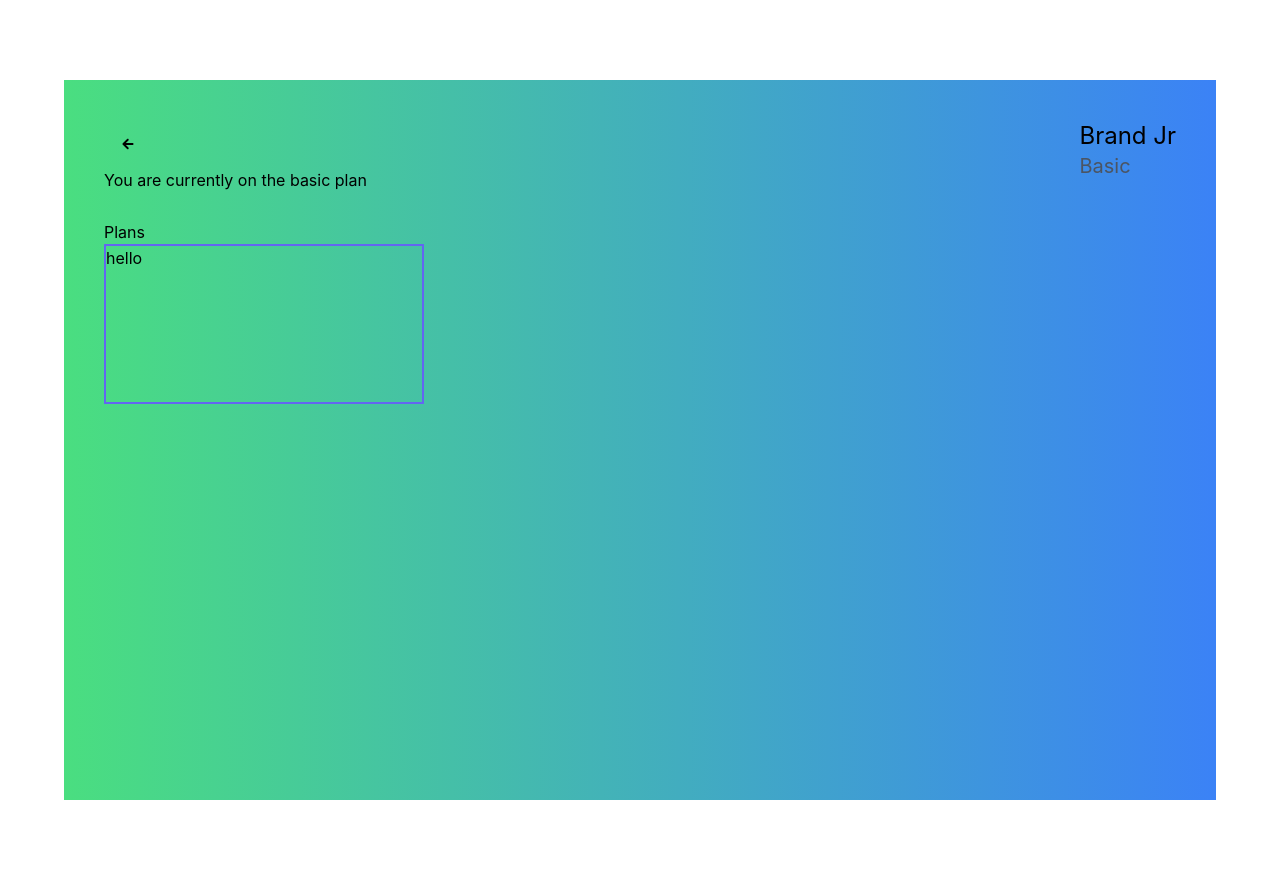
Repository: brandford7/music-player
Page: /subscription
The author's editor kept a copy of each file at every save. The page is drawn from the files as they stood at one save, then again after the next save.
The browser window is 1280 px wide. The pictures show the whole page.
The project was rebuilt for these pictures with package versions that can differ from the ones it lists, and the page was loaded fresh each time. The framework's server and built-in components were replaced by stand-ins that run in the browser. Also part of the build but not shown: next.config.js, components/Sidebar.jsx, components/MusicButton.jsx, components/MusicCard.jsx, components/SongList.jsx, components/PlaylistComponent.jsx, components/LibraryComponent.jsx.

Above is the page before, as saved 2022-11-19 21:34:43.

After the next save:
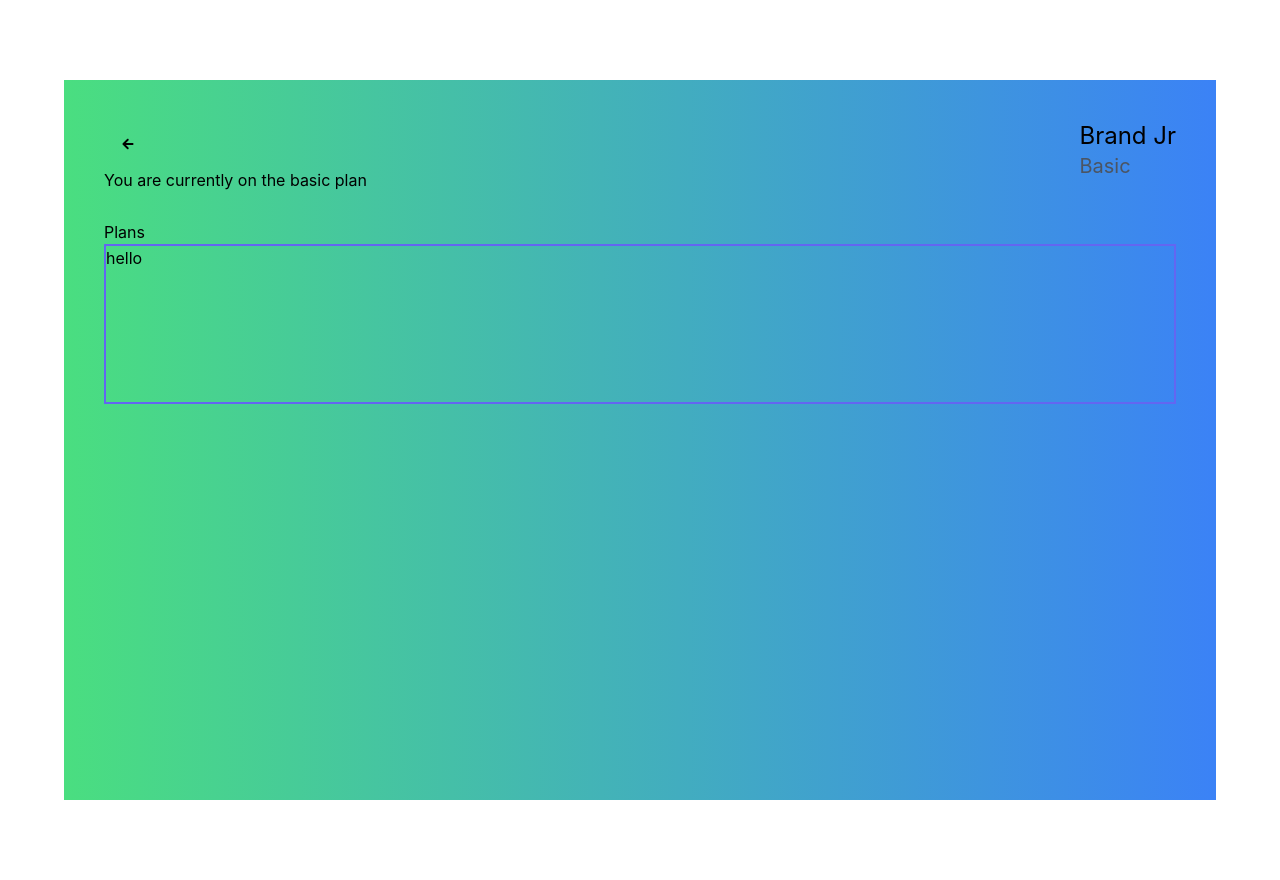
Saved 10 s later.
--- a/components/Card.jsx
+++ b/components/Card.jsx
@@ -1,7 +1,7 @@
 import React from 'react'
 
 const Card = () => {
-  return <div className="flex h-40 w-80 border-2 border-indigo-500 ">hello</div>;
+  return <div className="flex h-40 w-auto border-2 border-indigo-500 ">hello</div>;
 }
 
 export default Card
